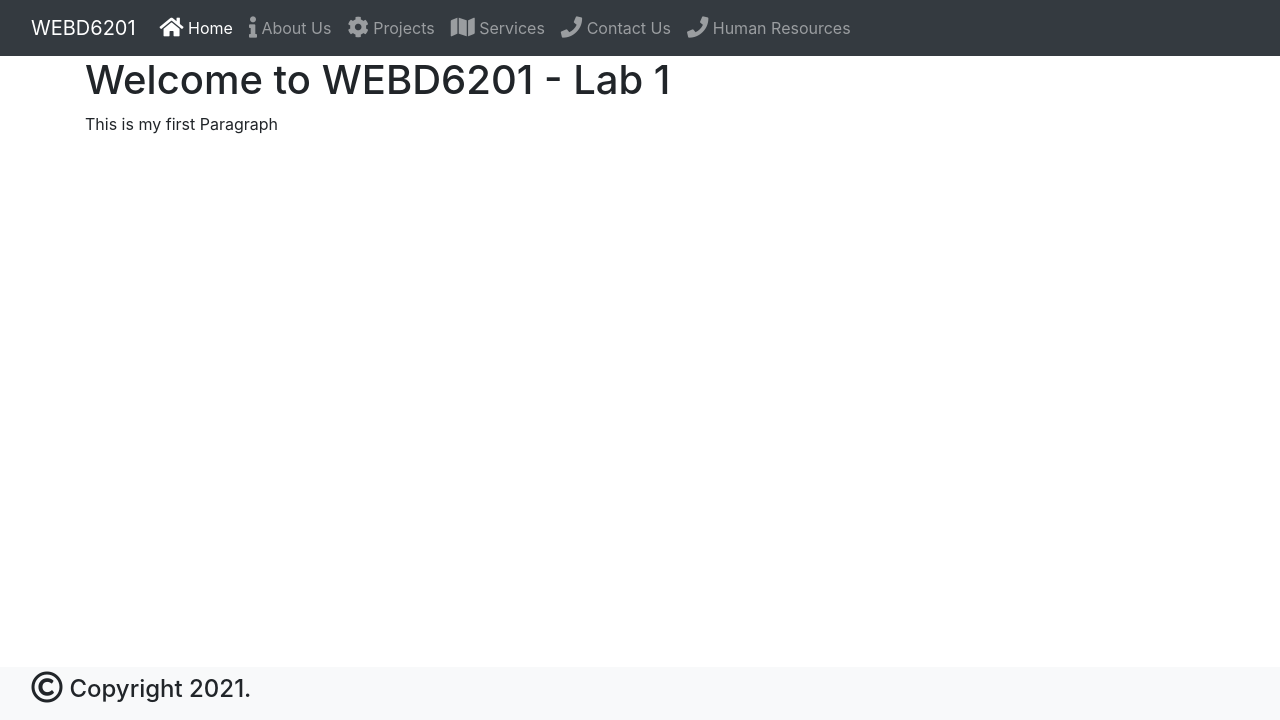
Repository: arbin6ix/ICE-2
Page: index.html
The author's editor kept a copy of each file at every save. The page is drawn from the files as they stood at one save, then again after the next save.
The browser window is 1280 px wide. The pictures show the whole page.

Above is the page before, as saved 2021-02-05 20:48:45.

After the next save:
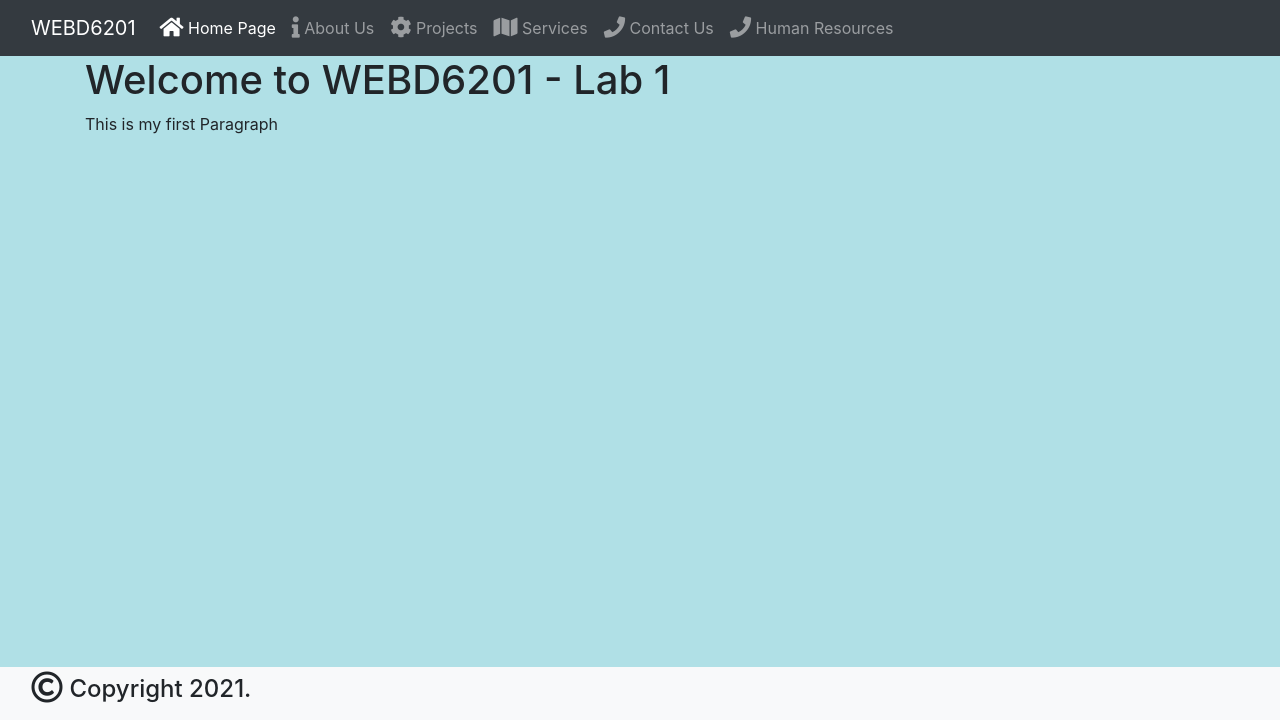
Saved 7 min 54 s later.
--- a/index.html
+++ b/index.html
@@ -9,7 +9,7 @@
     <link rel="stylesheet" href="./node_modules/@fortawesome/fontawesome-free/css/all.min.css">
     <link rel="stylesheet" href="./Content/app.css">
 </head>
-<body>
+<body style="background-color:powderblue;">
     <!-- Main Header -->
     <header>
         <!-- Main Navigation -->
@@ -22,7 +22,7 @@
               <div class="collapse navbar-collapse" id="navbarSupportedContent">
                 <ul class="navbar-nav me-auto mb-2 mb-lg-0">
                   <li class="nav-item">
-                    <a class="nav-link active" aria-current="page" href="index.html"><i class="fas fa-home fa-lg"></i> Home</a>
+                    <a class="nav-link active" aria-current="page" href="index.html"><i class="fas fa-home fa-lg"></i> Home Page</a>
                   </li>
 
                   <li class="nav-item">
@@ -52,7 +52,7 @@
     <!-- Main Content -->
 
     <main class="container">
-        <h1>Welcome to WEBD 6201</h1>
+        <h1>Welcome to webD6201 6201</h1>
         <p id="paragraphOne"></p>
     </main>
 
